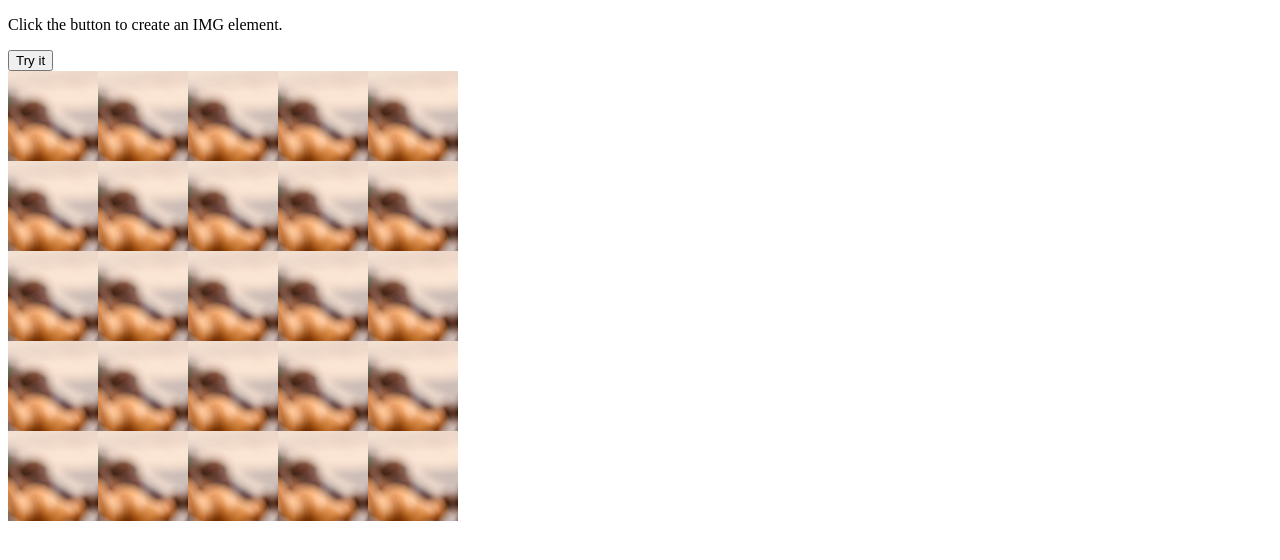
Repository: rashmikagamage/puzzle-vanila-js
Page: index.html
The author's editor kept a copy of each file at every save. The page is drawn from the files as they stood at one save, then again after the next save.
The browser window is 1280 px wide. The pictures show the whole page.
After loading, the first visible `button` was clicked once.

Above is the page before, as saved 2020-08-05 22:00:19.

After the next save:
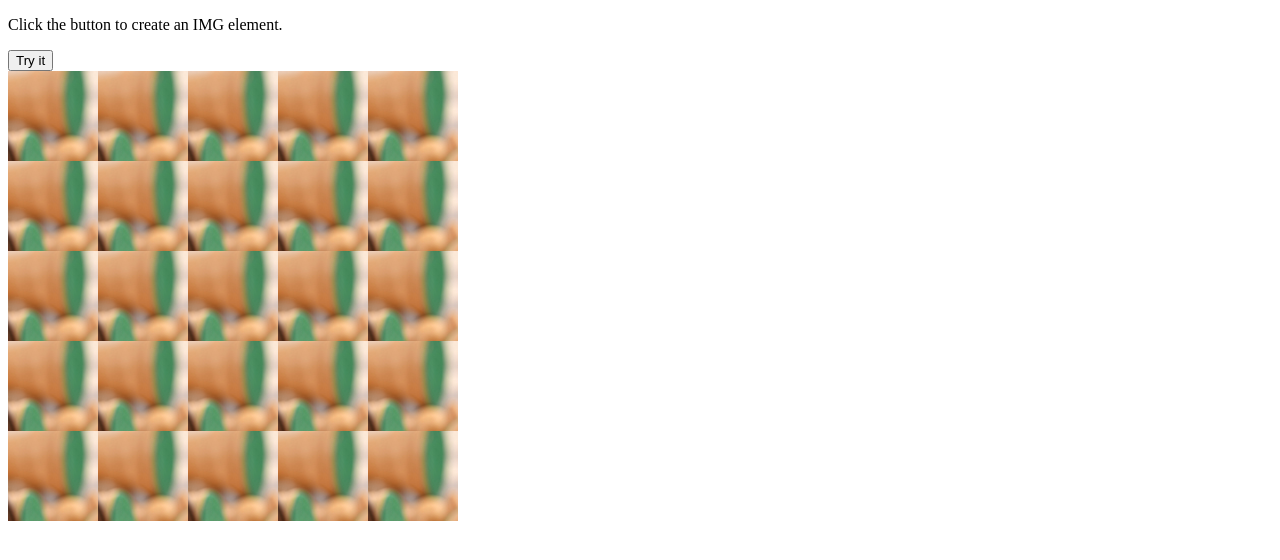
Saved 9 s later.
--- a/function.js
+++ b/function.js
@@ -26,7 +26,7 @@
             x.style.width = cellSize;
             x.style.height = cellSize;
             x.style.backgroundImage = "url('./chess.jpg')"
-                //x.style.backgroundPosition = "-90px 0px" //xPosition + "% " + yPosition + "%"
+            x.style.backgroundPosition = "-200px 0px" //xPosition + "% " + yPosition + "%"
             x.id = "img" + idCount;
             document.getElementById("imgContainer").appendChild(x);
             // yPosition = yPosition + (100/num);
